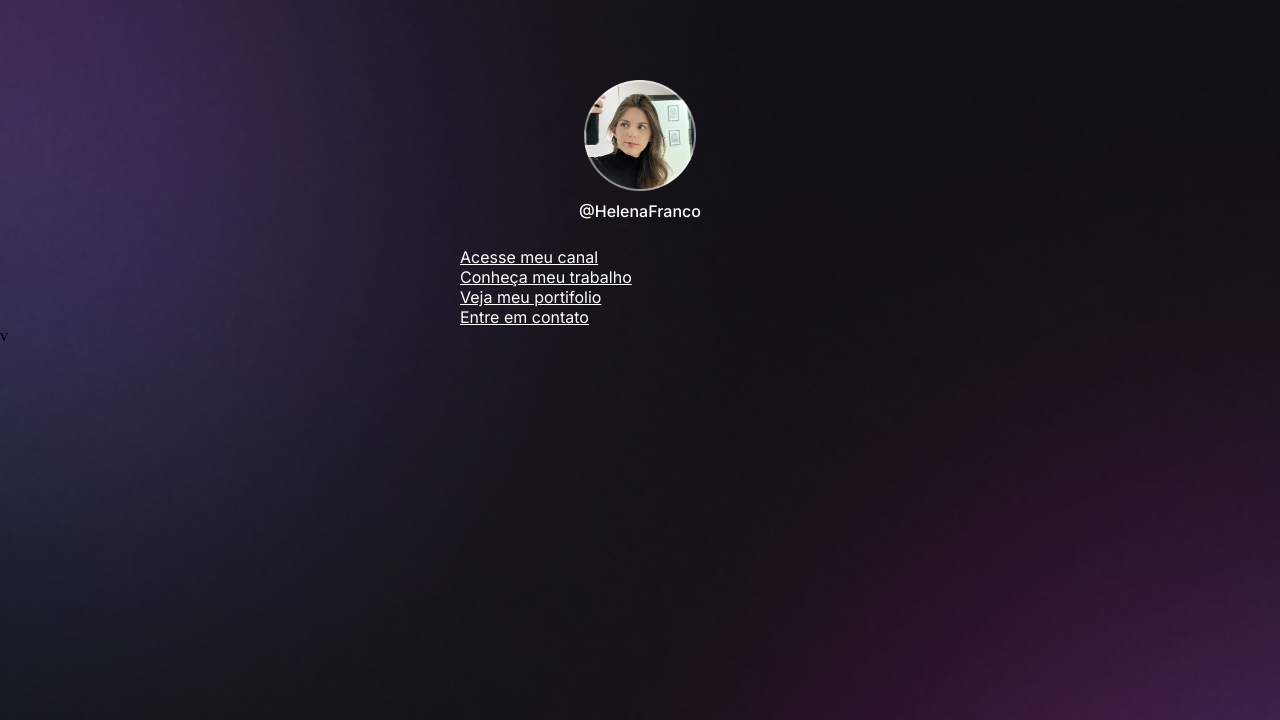
Repository: Fr4nc021/Pagina-de-links-
Page: index.html
The author's editor kept a copy of each file at every save. The page is drawn from the files as they stood at one save, then again after the next save.
The browser window is 1280 px wide. The pictures show the whole page.

Above is the page before, as saved 2025-02-10 16:38:36.

### index.html
<!DOCTYPE html>
<html lang="pt-br">
<head>
    <link rel="preconnect" href="https://fonts.googleapis.com">
    <link rel="preconnect" href="https://fonts.gstatic.com" crossorigin>
    <link href="https://fonts.googleapis.com/css2?family=Inter:ital,opsz,wght@0,14..32,100..900;1,14..32,100..900&display=swap" rel="stylesheet">
    <meta charset="UTF-8">
    <meta name="viewport" content="width=device-width, initial-scale=1.0">
    <title>DevLinks</title>
    <link rel="stylesheet" href="style.css">
</head>
<body>
    <div id="container">
    <div id="profile">
    <img
        src="./assets/avatar.png"
        alt="Foto da Helena Franco sorrindo">
        <p>@HelenaFranco</p>
    </div>
    <div>
        <ul>
            <li>
                <a href="#" target="_blank">Acesse meu canal</a>
            </li>
            <li>
                <a href="#" target="_blank">Conheça meu trabalho</a>
            </li>
            <li>
                <a href="#" target="_blank">Veja meu portifolio</a>
            </li>
            <li>
                <a href="#" target="_blank">Entre em contato</a>
            </li>
        </ul>
    </div>
    </div>
</body> v
</html>

### style.css
* {
    margin: 0%;
    padding: 0%;
    box-sizing: border-box;
}


body {
background: url(./assets/bg-mobile.jpg) no-repeat top center/cover;
}

body * {
        font-family: "Inter", sans-serif;
        color: #ffffff
      }

#container {
    width: 360px;
    margin: 56px auto 0px
}

#profile img {
    width: 112px;
    display: block;
    margin: auto;

}

#profile {
    text-align: center;
    padding: 24px;
}

#profile p {
    font-weight: 500;
    line-height: 24px;
    margin-top: 8px;
}

/* Links */

ul{
    list-style: none;
}

ul li a {
        border: 1px solid red

        display: flex
        flex-direction: row

}

After the next save:
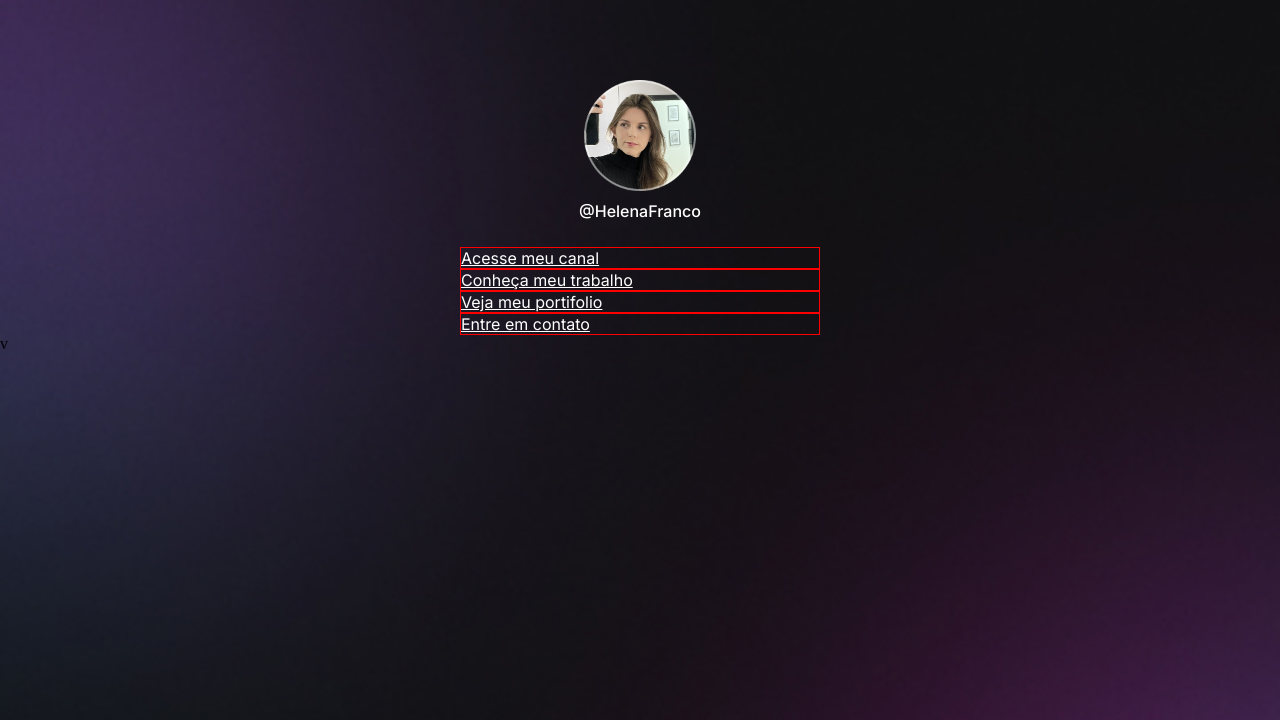
Saved 10 s later.
--- a/style.css
+++ b/style.css
@@ -44,9 +44,8 @@ ul{
 }
 
 ul li a {
-        border: 1px solid red
-
-        display: flex
-        flex-direction: row
+        border: 1px solid red;
+        display: flex;
+        flex-direction: row;
 
 }
